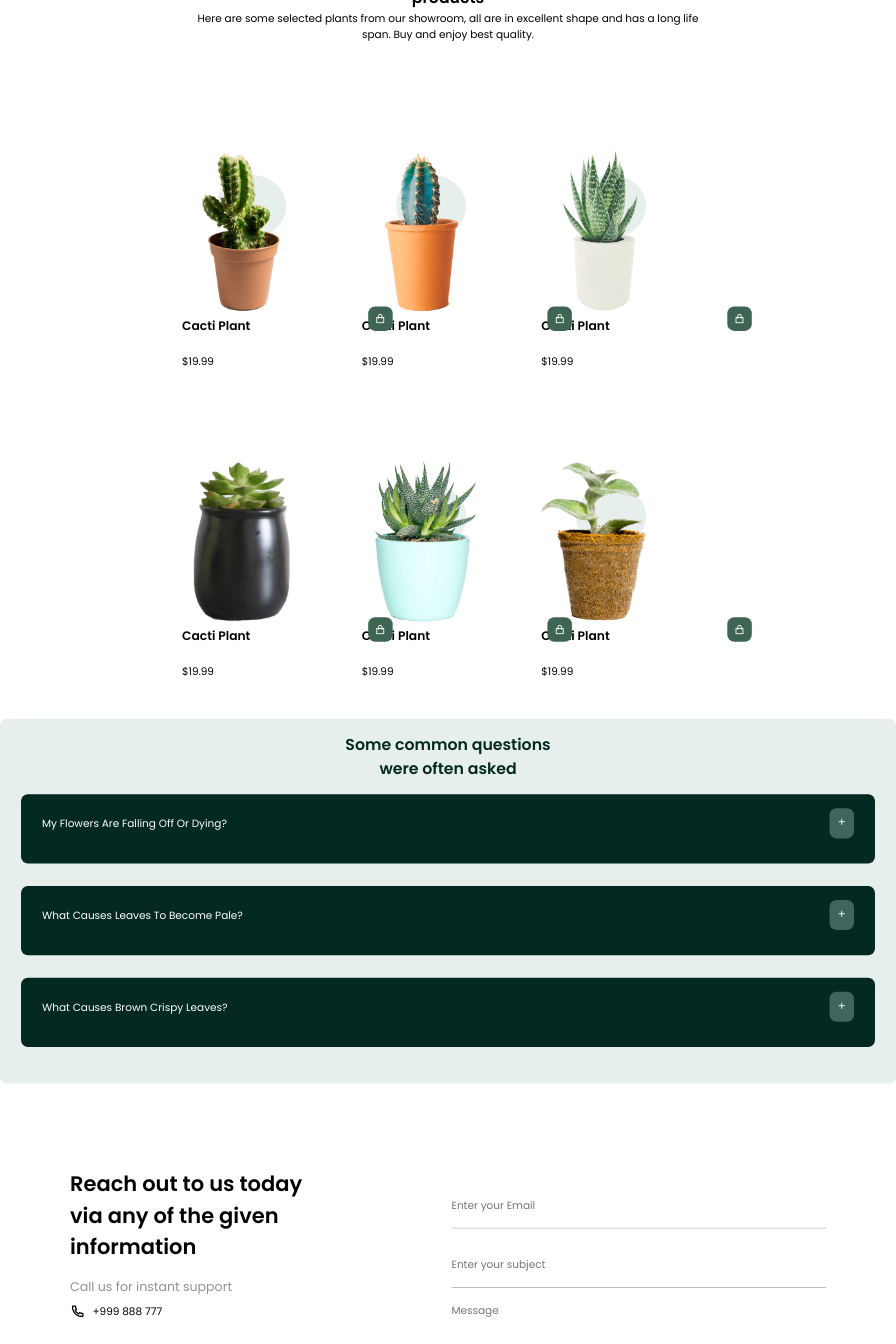
Repository: OmniaRafat232111121/plantwebsite
Page: index.html
An editor plug-in stored every save of this project. The page is shown before and after the next save, followed by the edit.
The browser window is 1280 px wide. The pictures show the part of the page from y = 1764 to 3684 px (the page is 4245 px tall before and 4261 px after), at 70% of full size.

Above is the page before, as saved 2023-01-05 17:01:15.

After the next save:
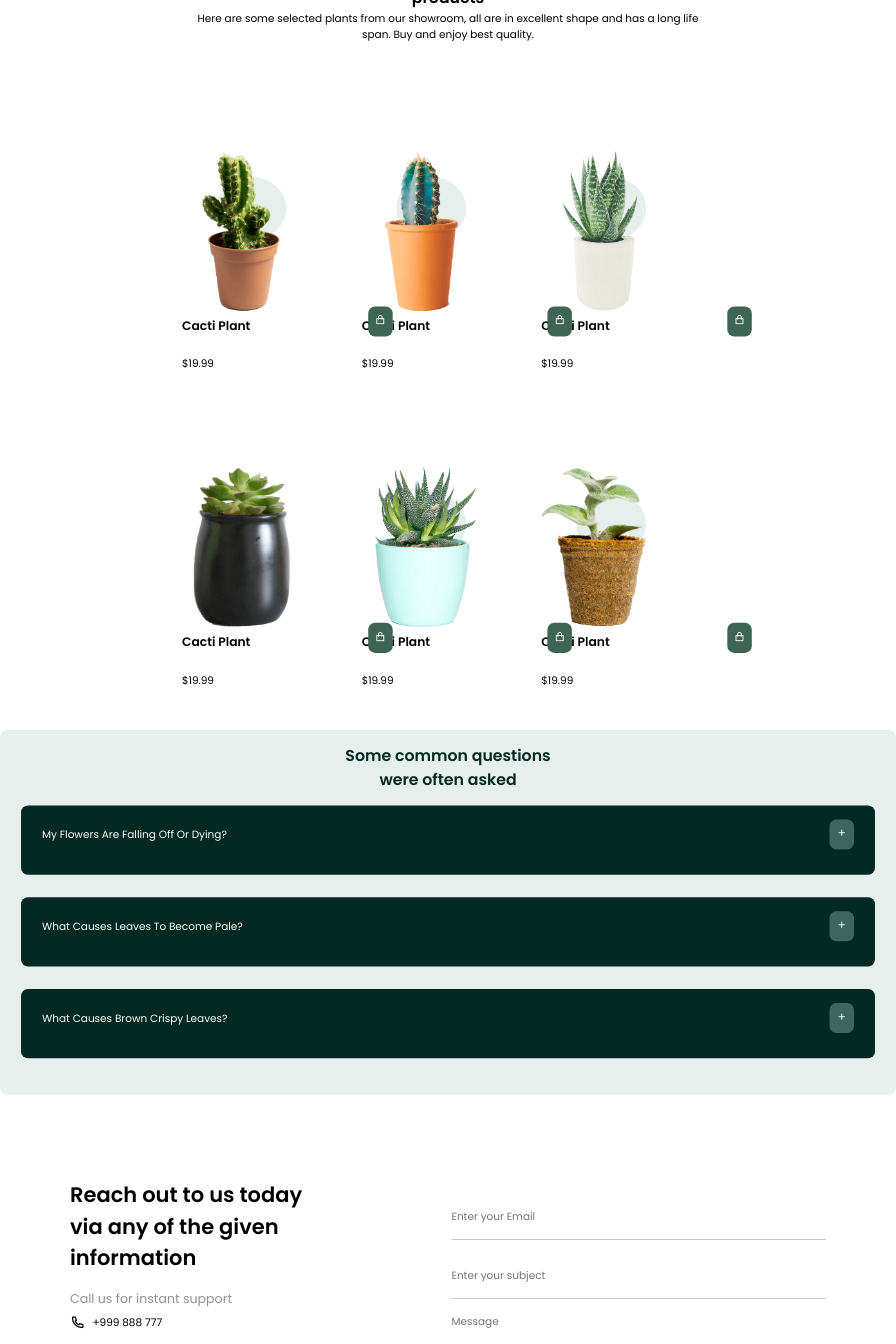
Saved 11 s later.
--- a/assets/css/styles.css
+++ b/assets/css/styles.css
@@ -751,7 +751,7 @@ margin-top: 40px;
   color:#fff;
   border-radius: 10px;
 }
-.box button{
+.box button i{
   display:inline-flex;
   column-gap: 10px;
 }
